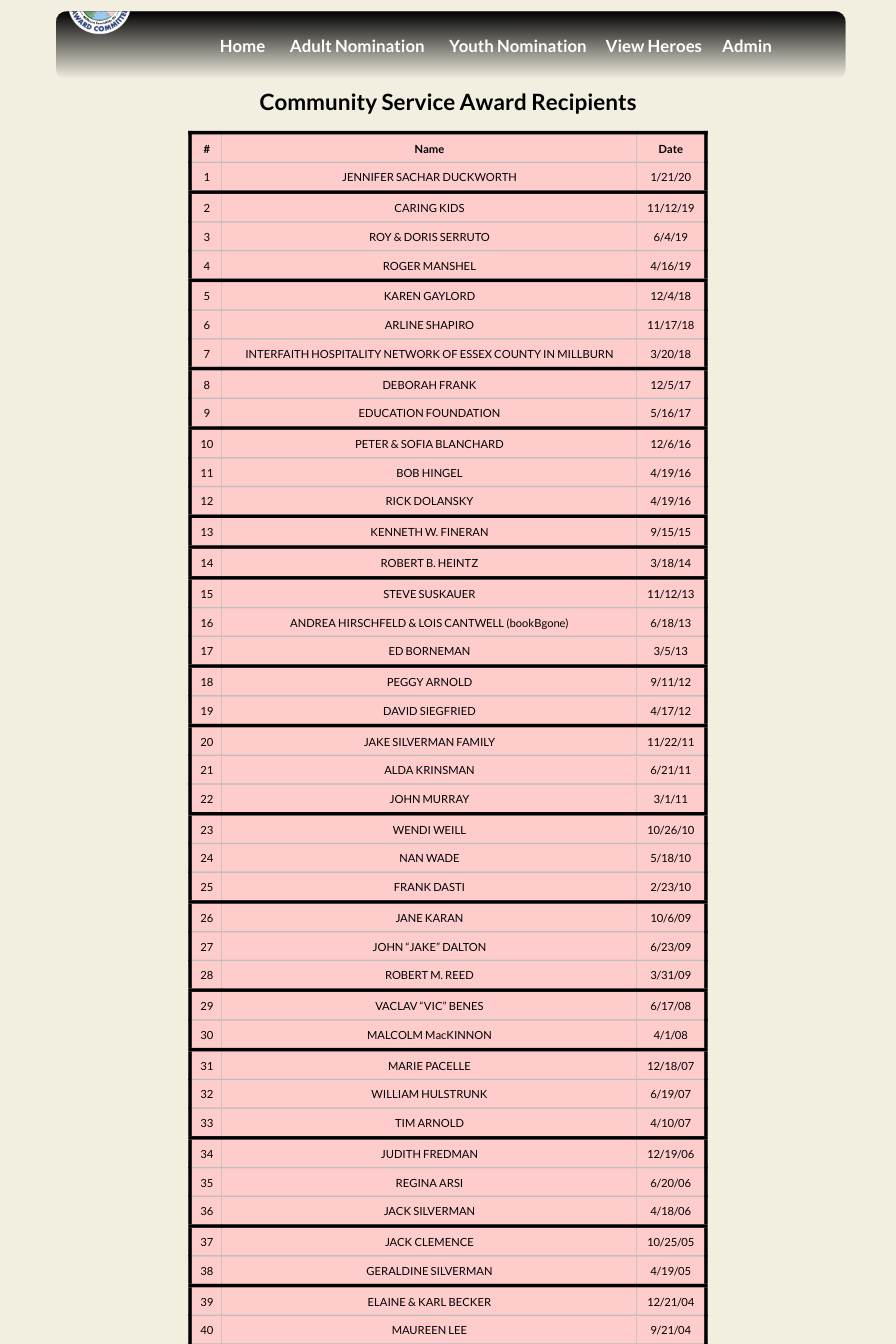
Repository: Centrattic/Young-Heroes-Website
Page: http://localhost/Frontend/before2020.php
The author's editor kept a copy of each file at every save. The page is drawn from the files as they stood at one save, then again after the next save.
The browser window is 1280 px wide. The pictures show the part of the page from y = 0 to 1920 px (the page is 3810 px tall), at 70% of full size.
The page is run by PHP 8.4 with error messages shown; the project is at /var/www/html/.

Above is the page before, as saved 2020-12-21 14:25:45.

### Eagle Project/Frontend/before2020.php
<?php
require '../Backend/functions.php';
require '../Backend/dbhconnect.php';
?>

<html>
  <head>
    <link href="https://fonts.googleapis.com/css2?family=Lato:ital,wght@0,400;0,700;1,300;1,400&display=swap" rel="stylesheet">
    <link href="../CSS/home.css" rel="stylesheet" type="text/css" />

    <link rel = "stylesheet" href = "../CSS/navbar.css">
  </head>

  <body>

    <?php
        navbar();
    ?>

    <h1> Community Service Award Recipients</h1> <!-- Most recent first!!! -->
    <br>

    <style>
        #before2020-table {
            margin: 0 auto;
            border: 5px solid black;
            border-radius: 0px;
            background-color: #FFCCCC;
            width: 65%;
        }

        th,td {
            padding: 10px;
        }

        /*td:nth-child(1) {
            border-right: 2px solid black;
            border-radius: 0px;
            padding-bottom: 0px;
            margin-bottom: 0px;
        }*/

        tr {
            border: 2px solid #BEBEBE;
        }

        .last-of-year {
            border-bottom: 5px solid black;
        }

    </style>

    <table id = "before2020-table" rules = "all">
        <tr>
            <th> # </th>
            <th> Name </th>
            <th> Date </th>
        </tr>
        <!-- Most to least recent-->


        <tr class = "last-of-year">
            <td> 1 </td>
            <td> JENNIFER SACHAR DUCKWORTH </td>
            <td> 1/21/20 </td>
        </tr>

		<tr>
            <td> 2 </td>
            <td> CARING KIDS </td>
            <td> 11/12/19 </td>
        </tr>

		<tr>
            <td> 3 </td>
            <td> ROY & DORIS SERRUTO </td>
            <td> 6/4/19 </td>
        </tr>

		<tr class = "last-of-year">
            <td> 4 </td>
            <td> ROGER MANSHEL</td>
            <td> 4/16/19 </td>
        </tr>

		<tr>
            <td> 5 </td>
            <td> KAREN GAYLORD </td>
            <td> 12/4/18 </td>
        </tr>

		<tr>
            <td> 6 </td>
            <td> ARLINE SHAPIRO</td>
            <td> 11/17/18 </td>
        </tr>

		<tr class = "last-of-year">
            <td> 7 </td>
            <td> INTERFAITH HOSPITALITY NETWORK OF ESSEX COUNTY IN MILLBURN </td>
            <td> 3/20/18 </td>
        </tr>

		<tr>
            <td> 8 </td>
            <td> DEBORAH FRANK </td>
            <td> 12/5/17 </td>
        </tr>

		<tr class = "last-of-year">
            <td> 9 </td>
            <td> EDUCATION FOUNDATION </td>
            <td> 5/16/17 </td>
        </tr>
		<tr>
            <td> 10 </td>
            <td> PETER & SOFIA BLANCHARD </td>
            <td> 12/6/16 </td>
        </tr>

		<tr>
            <td> 11 </td>
            <td> BOB HINGEL </td>
            <td> 4/19/16 </td>
        </tr>

		<tr class = "last-of-year">
            <td> 12 </td>
            <td> RICK DOLANSKY </td>
            <td> 4/19/16 </td>
        </tr>

		<tr class = "last-of-year">
            <td> 13 </td>
            <td> KENNETH W. FINERAN </td>
            <td> 9/15/15 </td>
        </tr>

		<tr class = "last-of-year">
            <td> 14 </td>
            <td> ROBERT B. HEINTZ </td>
            <td> 3/18/14 </td>
        </tr>

		<tr>
            <td> 15 </td>
            <td> STEVE SUSKAUER </td>
            <td> 11/12/13 </td>
        </tr>

		<tr>
            <td> 16 </td>
            <td> ANDREA HIRSCHFELD & LOIS CANTWELL (bookBgone) </td>
            <td> 6/18/13 </td>
        </tr>

		<tr class = "last-of-year">
            <td> 17 </td>
            <td> ED BORNEMAN </td>
            <td> 3/5/13 </td>
        </tr>

		<tr>
            <td> 18 </td>
            <td> PEGGY ARNOLD </td>
            <td> 9/11/12 </td>
        </tr>

		<tr class = "last-of-year">
            <td> 19 </td>
            <td> DAVID SIEGFRIED </td>
            <td> 4/17/12 </td>
        </tr>

		<tr>
            <td> 20 </td>
            <td> JAKE SILVERMAN FAMILY </td>
            <td> 11/22/11 </td>
        </tr>

		<tr>
            <td> 21 </td>
            <td> ALDA KRINSMAN </td>
            <td> 6/21/11 </td>
        </tr>

		<tr class = "last-of-year">
            <td> 22 </td>
            <td> JOHN MURRAY </td>
            <td> 3/1/11 </td>
        </tr>

		<tr>
            <td> 23 </td>
            <td> WENDI WEILL </td>
            <td> 10/26/10 </td>
        </tr>

		<tr>
            <td> 24 </td>
            <td> NAN WADE </td>
            <td> 5/18/10 </td>
        </tr>

        <tr class = "last-of-year">
            <td> 25 </td>
            <td> FRANK DASTI </td>
            <td> 2/23/10 </td>
        </tr>

        <tr>
            <td> 26 </td>
            <td> JANE KARAN </td>
            <td> 10/6/09 </td>
        </tr>

        <tr>
            <td> 27 </td>
            <td> JOHN “JAKE” DALTON </td>
            <td> 6/23/09 </td>
        </tr>

        <tr class = "last-of-year">
            <td> 28 </td>
            <td> ROBERT M. REED </td>
            <td> 3/31/09 </td>
        </tr>

        <tr>
            <td> 29 </td>
            <td> VACLAV “VIC” BENES </td>
            <td> 6/17/08 </td>
        </tr>

		<tr class = "last-of-year">
            <td> 30 </td>
            <td> MALCOLM MacKINNON </td>
            <td> 4/1/08 </td>
        </tr>

		<tr>
            <td> 31 </td>
            <td> MARIE PACELLE </td>
            <td> 12/18/07 </td>
        </tr>

		<tr>
            <td> 32 </td>
            <td> WILLIAM HULSTRUNK </td>
            <td> 6/19/07 </td>
        </tr>

		<tr class = "last-of-year">
            <td> 33 </td>
            <td> TIM ARNOLD </td>
            <td> 4/10/07 </td>
        </tr>

		<tr>
            <td> 34 </td>
            <td> JUDITH FREDMAN </td>
            <td> 12/19/06 </td>
        </tr>

		<tr>
            <td> 35 </td>
            <td> REGINA ARSI </td>
            <td> 6/20/06 </td>
        </tr>

		<tr class = "last-of-year">
            <td> 36 </td>
            <td> JACK SILVERMAN </td>
            <td> 4/18/06 </td>
        </tr>

        <tr>
            <td> 37 </td>
            <td> JACK CLEMENCE </td>
            <td> 10/25/05 </td>
        </tr>

        <tr class = "last-of-year">
            <td> 38 </td>
            <td> GERALDINE SILVERMAN </td>
            <td> 4/19/05 </td>
        </tr>

        <tr>
            <td> 39 </td>
            <td> ELAINE & KARL BECKER </td>
            <td> 12/21/04 </td>
        </tr>

		<tr>
            <td> 40 </td>
            <td> MAUREEN LEE </td>
            <td> 9/21/04 </td>
        </tr>

		<tr>
            <td> 41 </td>
            <td> ANNE V. SMITH </td>
            <td> 6/15/04 </td>
        </tr>

		<tr class = "last-of-year">
            <td> 42 </td>
            <td> W. OWEN LAMPE </td>
            <td> 4/8/04 </td>
        </tr>

		<tr>
            <td> 43 </td>
            <td> EVA GOTTSCHO </td>
            <td> 12/2/03 </td>
        </tr>

		<tr class = "last-of-year">
            <td> 44 </td>
            <td> WILLIAM E. JUDES </td>
            <td> 6/10/03 </td>
        </tr>

		<tr>
            <td> 45 </td>
            <td> DELIA WALBRIDGE </td>
            <td> 12/3/02 </td>
        </tr>

		<tr>
            <td> 46 </td>
            <td> SHARON & AVI BRENDER </td>
            <td> 9/10/02 </td>
        </tr>

		<tr class = "last-of-year">
            <td> 47 </td>
            <td> ANGELO Del ROSSI </td>
            <td> 6/11/02 </td>
        </tr>

		<tr>
            <td> 48 </td>
            <td> LOUISE GILI </td>
            <td> 11/20/01 </td>
        </tr>

		<tr>
            <td> 49 </td>
            <td> THOMAS J. EAKLEY </td>
            <td> 8/21/01 </td>
        </tr>

		<tr class = "last-of-year">
            <td> 50 </td>
            <td> SHERMAN T. BREWER, JR. </td>
            <td> 3/20/01 </td>
        </tr>

		<tr>
            <td> 51 </td>
            <td> MARK GUTERMAN </td>
            <td> 12/5/00 </td>
        </tr>

		<tr>
            <td> 52 </td>
            <td> ELEANOR T. McGLAUGHLIN </td>
            <td> 9/19/00 </td>
        </tr>

		<tr>
            <td> 53 </td>
            <td> JOAN DAESCHLER </td>
            <td> 6/13/00 </td>
        </tr>

		<tr class = "last-of-year">
            <td> 54 </td>
            <td> WALTER JEFFREY, JR. </td>
            <td> 4/18/00 </td>
        </tr>

		<tr>
            <td> 55 </td>
            <td> DR. PAUL KEARNEY </td>
            <td> 11/9/99 </td>
        </tr>

		<tr class = "last-of-year">
            <td> 56 </td>
            <td> LEIGH GIFFORD </td>
            <td> 4/13/99 </td>
        </tr>

		<tr>
            <td> 57 </td>
            <td> LYNNE RANIERI </td>
            <td> 12/15/98 </td>
        </tr>

		<tr>
            <td> 58 </td>
            <td> ELAINE BIRNHOLZ </td>
            <td> 10/20/98 </td>
        </tr>

		<tr>
            <td> 59 </td>
            <td> NANCY GOAT </td>
            <td> 6/9/98 </td>
        </tr>

		<tr class = "last-of-year">
            <td> 60 </td>
            <td> JAMES LAURIE </td>
            <td> 3/17/98 </td>
        </tr>

		<tr>
            <td> 61 </td>
            <td> JOAN BORNEMAN </td>
            <td> 12/16/97 </td>
        </tr>

		<tr>
            <td> 62 </td>
            <td> PHYLLIS KINGSBURY </td>
            <td> 10/7/97 </td>
        </tr>

		<tr>
            <td> 63 </td>
            <td> LINDSEY REBECCA HUSTON </td>
            <td> 6/24/97 </td>
        </tr>

		<tr class = "last-of-year">
            <td> 64 </td>
            <td> ALFRED H. CONNELLEE </td>
            <td> 4/19/97 </td>
        </tr>

		<tr>
            <td> 65 </td>
            <td> HARRIET LOWENGRUB </td>
            <td> 12/3/96 </td>
        </tr>

		<tr>
            <td> 66 </td>
            <td> JOHN S. WARE </td>
            <td> 6/25/96 </td>
        </tr>

        <tr class = "last-of-year">
            <td> 67 </td>
            <td> SUSANNAH J. LIKINS </td>
            <td> 3/19/96 </td>
        </tr>

        <tr>
            <td> 68 </td>
            <td> IRIS STOLOFF </td>
            <td> 12/5/95 </td>
        </tr>

        <tr>
            <td> 69 </td>
            <td> DOUGLAS REED </td>
            <td> 9/5/95 </td>
        </tr>

		<tr>
            <td> 70 </td>
            <td> CHARLES T. & DOROTHY KING </td>
            <td> 6/27/95 </td>
        </tr>

		<tr class = "last-of-year">
            <td> 71 </td>
            <td> ROBERT E. MARSHALL </td>
            <td> 3/21/95 </td>
        </tr>

        <tr>
            <td> 72 </td>
            <td> LOUIS J. KURTZ </td>
            <td> 2/6/94 </td>
        </tr>

		<tr>
            <td> 73 </td>
            <td> LEZETTE PROUD </td>
            <td> 9/13/94 </td>
        </tr>

		<tr class = "last-of-year">
            <td> 74 </td>
            <td> LAUREN HUSTON </td>
            <td> 6/14/94 </td>
        </tr>

		<tr>
            <td> 75 </td>
            <td> DONALD L. CAMPBELL </td>
            <td> 7/6/93 </td>
        </tr>

		<tr class = "last-of-year">
            <td> 76 </td>
            <td> MAUREEN S. SILVER </td>
            <td> 4/27/93 </td>
        </tr>

        <tr>
            <td> 77 </td>
            <td> STEPHEN LEIT </td>
            <td> 6/16/92 </td>
        </tr>

        <tr>
            <td> 78 </td>
            <td> MURIEL SCHWARTZSTEIN </td>
            <td> 5/5/92 </td>
        </tr>

        <tr class = "last-of-year">
            <td> 79 </td>
            <td> EVELYN ORTNER </td>
            <td> 3/3/92 </td>
        </tr>

        <tr>
            <td> 80 </td>
            <td> LINDA McDONOUGH </td>
            <td> 12/17/91 </td>
        </tr>

        <tr>
            <td> 81 </td>
            <td> ALFRED T. PEDECINE </td>
            <td> 9/3/91 </td>
        </tr>

        <tr>
            <td> 82 </td>
            <td> EDITH CONNELLEE </td>
            <td> 8/16/91 </td>
        </tr>

        <tr>
            <td> 83 </td>
            <td> LORI FRIEDMAN </td>
            <td> 6/11/91 </td>
        </tr>

        <tr>
            <td> 84 </td>
            <td> WILLIAM CONROE </td>
            <td> 5/21/91 </td>
        </tr>

        <tr>
            <td> 87 </td>
            <td> ELIZABETH NAUGHTON </td>
            <td> 5/5/91 </td>
        </tr>

    </table>



</body>
</html>

### Eagle Project/Backend/dbhconnect.php
<?php
  $servername = "localhost";
  $dbUsername = "root";
  $dbPassword = "";
  $dbName = "young_heroes";

  //connecting to database
  $connection = new mysqli($servername, $dbUsername, $dbPassword, $dbName);

  //error message if connection fails
  if(!$connection){
    die("Connection failed: ".mysqli_connect_error());
  }
?>

### Eagle Project/CSS/home.css
* {
    text-align: center;
    padding: 2px;
    margin: 2px;
    font-family: 'Lato', sans-serif;
    border-radius: 15px;

}

body {
    background-color: #F2EFE1;

}

#homepicgrid {
    display: grid;
    width: auto;
    height: 30%;

    grid-template-columns: auto auto auto auto;
    grid-template-rows: auto;
}

#homepicgrid img {
    height: 100%;
    object-fit: cover;
    width: 100%;
}


#homepagetitle {
    font-size: 2em;
    width: auto;
    background-color: white;
    padding: 10px;
    margin: 5px;
}



#hometextgrid {
    display: grid;
    width: auto;
    margin: 0 auto;
    grid-template-columns: auto auto auto;
    grid-template-rows: auto auto;
}

#hometextgrid div {
    background-color: #E2DECC;
    padding: 20px;
}


#CSAChistory {
    background-color: #E2DECC;
    padding: 20px;
    padding-top: 0;
    margin: 10px 0;
}
#impact {
    background-color: white;
    width: 35%;
    margin: 2% auto;
    border: 10px solid transparent;
    border-image: url("../Images/borderhome.jpg") 30 round !important;
}

#impact h3 {
    margin: 15%;
}


#getinvolved {
    background-image: url("../Images/millburnblossoms.jpg");
    height: 60%;
    display: flex;
    align-items: center;
    justify-content: center;
}

#nominateahero {
    width: 70%;
    padding: 0 20px;
    background-color:  #F2EFE1;
}

#getinvolved p {
    margin: 10px;
}

button {
    font-size: 1em;
}

### Eagle Project/CSS/navbar.css
* {
    text-align: center;
    font-family: 'Lato', sans-serif;
}

body {
    background-color: #F2EFE1;
}


.menu-area li{
    display: inline;
    color: white;
    font-weight: bold;
    font-size: 1.5em;
    padding-bottom: 10px;
}

.menu-area .non-dropdown a{
    display: inline-block;
    padding: 30px 10px;
    color: white;
    box-sizing: border-box;

}

.menu-area a {
    text-decoration: none;
    color: white;
}

.menu-area .nav-dropdown .dropdown-content li a{
    display: inline-block;
    text-align: center;
    padding: 14px 16px;
    text-decoration: none;
}

.menu-area {
    width: 100%;
    background-image: linear-gradient(black, #F2EFE1);
    overflow: hidden;
    border-radius: 15px;
}

.menu-area .non-dropdown:hover{
    border-radius: 0px;
    border-bottom: 10px solid aliceblue;
}

.menu-area li a {
    box-sizing: border-box;
}

.nav-dropbtn {
    text-decoration: none;
    color: white;
}

/*FIX THIS LATER*/


#logout {
    all: unset;
}

body {
    margin: 0 5%;
}

/* ------------------*/



li.nav-dropdown {
    display: inline-block;
}

.dropdown-content {
    display: none;
    position: absolute;
    background-color: #f9f9f9;
    min-width: 150px;
    box-shadow: 0px 8px 16px 0px rgba(0,0,0,0.2);
    z-index: 1;

}

.dropdown-content a {
    color: black;
    padding: 12px 16px;
    text-decoration: none;
    display: block;
    font-size: .9em;
    text-align: left;
}


.dropdown-content a:hover {
    background-color: #f1f1f1;
}


.nav-dropdown:hover .dropdown-content {
    display: block;
    border-radius: 0px;
}


/* Footer*/



.site-footer {
    background-color: #E2DECC;
      text-align: center;
      margin: 10px 0;
      padding: 10px 0;
  }

  #social-wrapper {
      text-align: center;
  }

  /*Social Media Icons*/
  .social-wrapper {
      text-align: center;
  }

  .social-wrapper ul li {
      display: inline;
      margin: 0 5px;
  }

  .twitter-icon,
  .facebook-icon,
  .instagram-icon,
  .linkedin-icon,
  .googleplus-icon,
  .youtube-icon,
  .foursquare-icon{
      margin-top: .625em;
      width: 40px;
      height: 40px;
      opacity: .6;
      filter: alpha(opacity=60); /* For IE8 and earlier */
    border-radius: 25px;
  }

  .twitter-icon:hover,
  .facebook-icon:hover,
  .instagram-icon:hover,
  .linkedin-icon:hover,
  .googleplus-icon:hover,
  .youtube-icon:hover,
  .foursquare-icon:hover {
      opacity: 1.0;
      filter: alpha(opacity=100); /* For IE8 and earlier */
  }

  .footer-nav p {
      text-align: center;
  }

Loaded but not shown: Eagle Project/Backend/functions.php (1101 lines, source omitted)

After the next save:
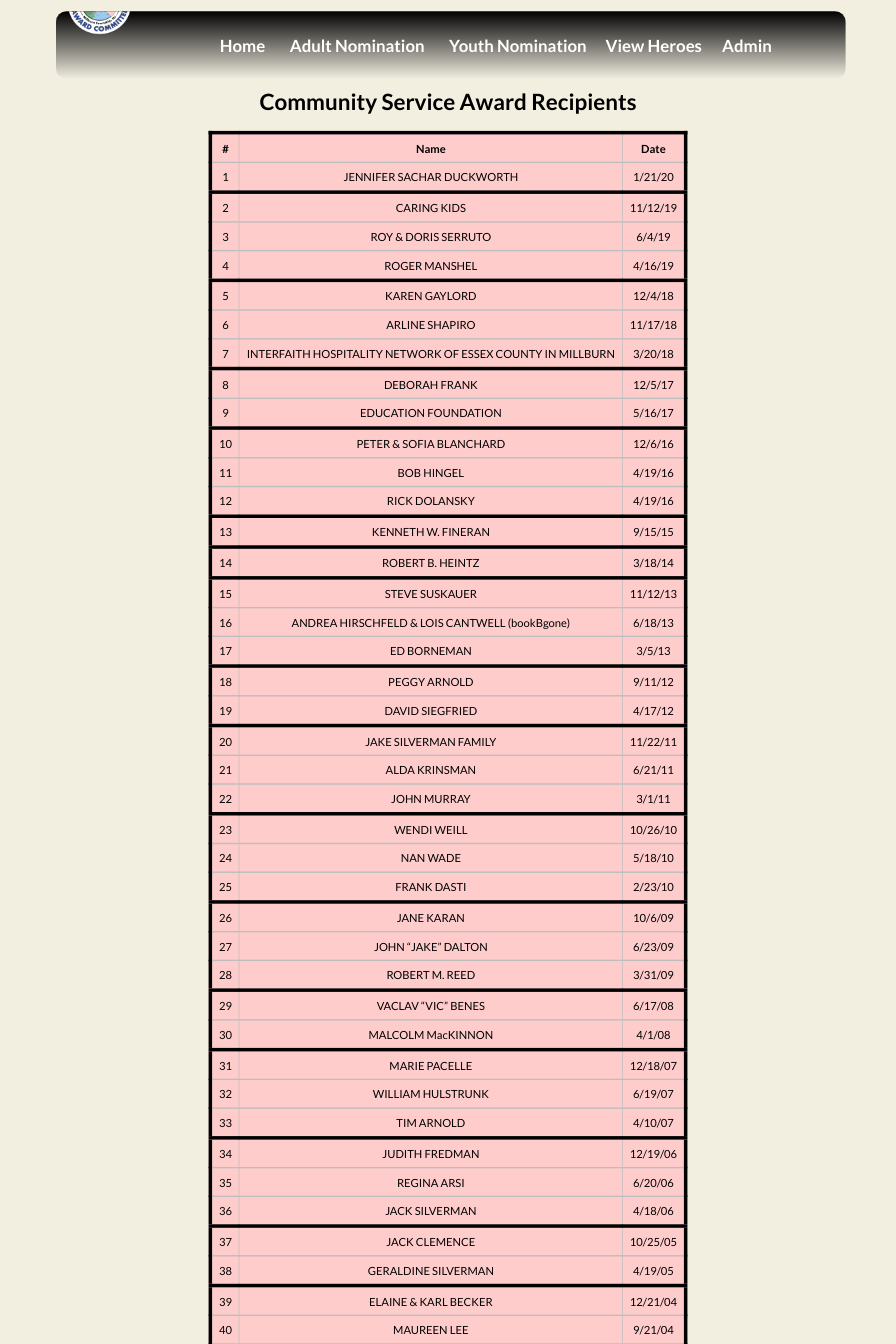
Saved 12 s later.
--- a/Eagle Project/Frontend/before2020.php
+++ b/Eagle Project/Frontend/before2020.php
@@ -26,7 +26,7 @@ require '../Backend/dbhconnect.php';
             border: 5px solid black;
             border-radius: 0px;
             background-color: #FFCCCC;
-            width: 65%;
+            width: 60%;
         }
 
         th,td {
